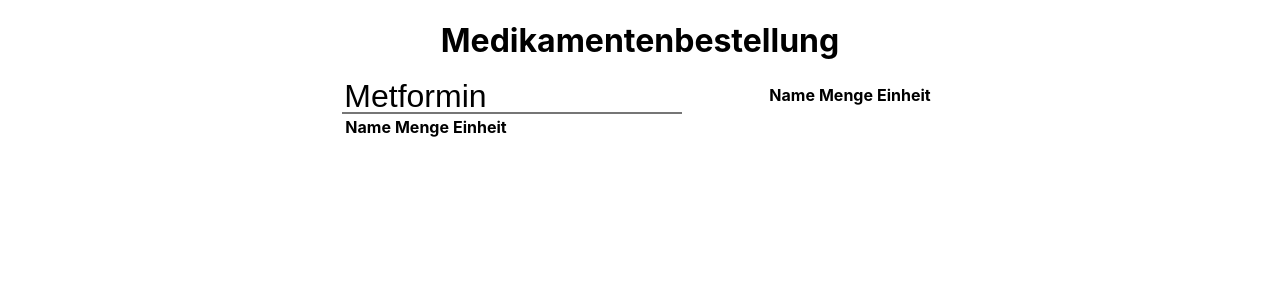
Repository: Esatollah/MedDemo
Page: / (app in client/)
An editor plug-in stored every save of this project. The page is shown before and after the next save, followed by the edit.
The browser window is 1280 px wide. The pictures show the whole page.
The page's requests for data from a server got no answer. The project was rebuilt for these pictures with package versions that can differ from the ones it lists, and the page was loaded fresh each time. No one was signed in, and anything a server would have sent is missing. Also part of the build but not shown: client/src/App.css.

Above is the page before, as saved 2022-06-02 15:41:26.

After the next save:
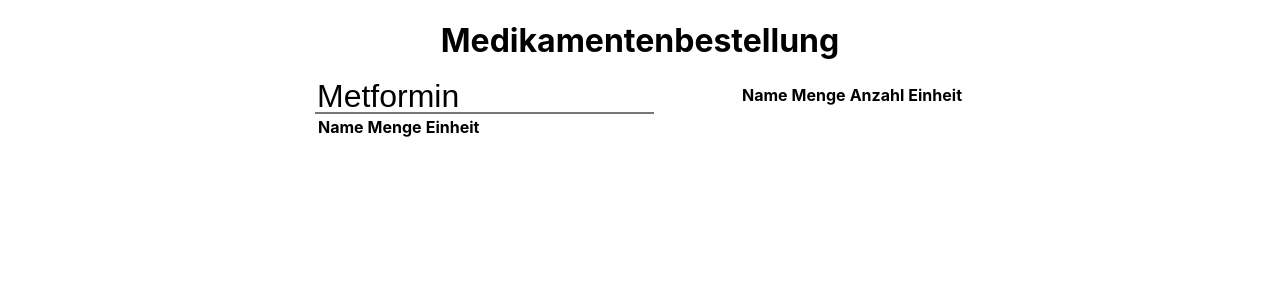
Saved 24 s later.
--- a/client/src/components/Search.jsx
+++ b/client/src/components/Search.jsx
@@ -81,8 +81,8 @@ const Search = () => {
                 Name
               </th>
               <th scope='col'>Menge</th>
+              <th scope='col'>Anzahl</th>
               <th scope='col'>Einheit</th>
-              <th scope='col'></th>
             </tr>
           </thead>
           <tbody>
